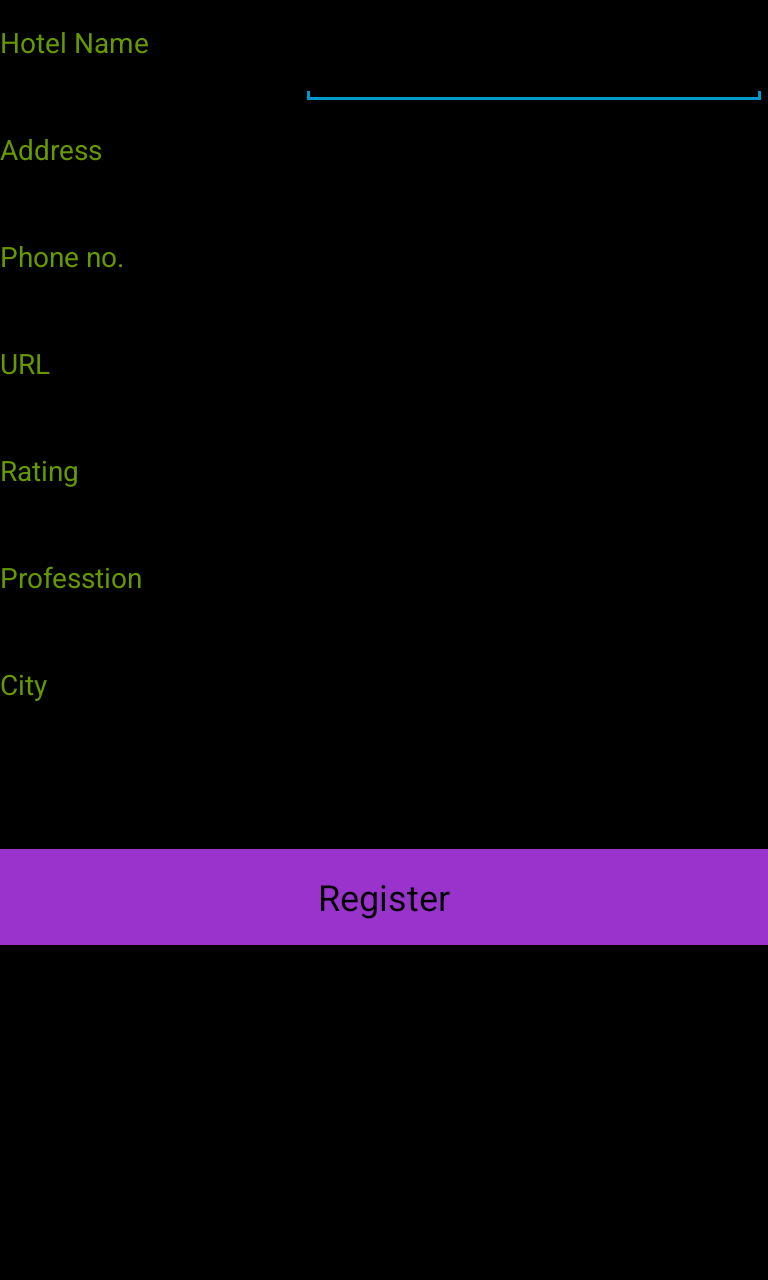
Repository: AungWinnHtut/projAndroid
Layout: com.engineer4myanmar.json.MainActivity/res/layout/activity_admin.xml
The author's editor kept a copy of each file at every save. The layout is drawn from the files as they stood at one save, then again after the next save.
It is drawn on a 768 x 1280 px phone screen (xhdpi) without system bars, with theme AppTheme; the app's code is not run.

Above is the layout before, as saved 2015-08-26 20:23:27.

### com.engineer4myanmar.json.MainActivity/res/layout/activity_admin.xml
<LinearLayout xmlns:android="http://schemas.android.com/apk/res/android"
    xmlns:tools="http://schemas.android.com/tools"
    android:layout_width="match_parent"
    android:layout_height="match_parent"
    android:background="#000"
    android:orientation="vertical" >

    <LinearLayout
        android:layout_width="match_parent"
        android:layout_height="wrap_content"
        android:orientation="horizontal" >

        <TextView
            android:id="@+id/textView1"
            android:layout_width="150dp"
            android:layout_height="wrap_content"
            android:text="Hotel Name"
            android:textColor="#669900" />

        <EditText
            android:id="@+id/etHotelname"
            android:layout_width="0dp"
            android:layout_height="wrap_content"
            android:layout_marginTop="14dp"
            android:layout_weight="1"
            android:ems="10"
            android:textColor="#ffbb33" >

            <requestFocus />
        </EditText>
    </LinearLayout>

    <LinearLayout
        android:layout_width="match_parent"
        android:layout_height="wrap_content"
        android:orientation="horizontal" >

        <TextView
            android:id="@+id/textView2"
            android:layout_width="150dp"
            android:layout_height="wrap_content"
            android:text="Address"
            android:textColor="#669900" />

        <EditText
            android:id="@+id/etAddress"
            android:layout_width="0dp"
            android:layout_height="wrap_content"
            android:layout_marginTop="14dp"
            android:layout_weight="1"
            android:ems="10"
            android:textColor="#ffbb33" />
    </LinearLayout>

    <LinearLayout
        android:layout_width="match_parent"
        android:layout_height="wrap_content"
        android:orientation="horizontal" >

        <TextView
            android:id="@+id/textView3"
            android:layout_width="150dp"
            android:layout_height="wrap_content"
            android:text="Phone no."
            android:textColor="#669900" />

        <EditText
            android:id="@+id/etPhone"
            android:layout_width="0dp"
            android:layout_height="wrap_content"
            android:layout_marginTop="14dp"
            android:layout_weight="1"
            android:ems="10"
            android:textColor="#ffbb33" />
    </LinearLayout>

    <LinearLayout
        android:layout_width="match_parent"
        android:layout_height="wrap_content"
        android:orientation="horizontal" >

        <TextView
            android:id="@+id/textView4"
            android:layout_width="150dp"
            android:layout_height="wrap_content"
            android:text="URL"
            android:textColor="#669900" />

        <EditText
            android:id="@+id/etUrl"
            android:layout_width="0dp"
            android:layout_height="wrap_content"
            android:layout_marginTop="14dp"
            android:layout_weight="1"
            android:ems="10"
            android:textColor="#ffbb33" />
    </LinearLayout>

    <LinearLayout
        android:layout_width="match_parent"
        android:layout_height="wrap_content"
        android:orientation="horizontal" >

        <TextView
            android:id="@+id/textView5"
            android:layout_width="150dp"
            android:layout_height="wrap_content"
            android:text="Rating"
            android:textColor="#669900" />

        <EditText
            android:id="@+id/etRating"
            android:layout_width="0dp"
            android:layout_height="wrap_content"
            android:layout_marginTop="14dp"
            android:layout_weight="1"
            android:ems="10"
            android:textColor="#ffbb33" />
    </LinearLayout>

    <LinearLayout
        android:layout_width="match_parent"
        android:layout_height="wrap_content"
        android:orientation="horizontal" >

        <TextView
            android:id="@+id/textView6"
            android:layout_width="150dp"
            android:layout_height="wrap_content"
            android:text="Professtion"
            android:textColor="#669900" />

        <EditText
            android:id="@+id/etProfession"
            android:layout_width="0dp"
            android:layout_height="wrap_content"
            android:layout_marginTop="14dp"
            android:layout_weight="1"
            android:ems="10"
            android:textColor="#ffbb33" />
    </LinearLayout>

    <LinearLayout
        android:layout_width="match_parent"
        android:layout_height="wrap_content"
        android:orientation="horizontal" >

        <TextView
            android:id="@+id/textView7"
            android:layout_width="150dp"
            android:layout_height="wrap_content"
            android:text="City"
            android:textColor="#669900" />

        <EditText
            android:id="@+id/etCity"
            android:layout_width="0dp"
            android:layout_height="wrap_content"
            android:layout_marginTop="14dp"
            android:layout_weight="1"
            android:ems="10"
            android:textColor="#ffbb33" />
    </LinearLayout>

    <LinearLayout
        android:layout_width="match_parent"
        android:layout_height="wrap_content"
        android:layout_marginTop="50dp"
        android:orientation="horizontal" >

        <Button
            android:layout_width="match_parent"
            android:layout_height="wrap_content"
            android:background="#9933cc"
            android:onClick="funRegister"
            android:text="Register" />
    </LinearLayout>

</LinearLayout>

Loaded but not shown: com.engineer4myanmar.json.MainActivity/res/values-v11/styles.xml (common file); com.engineer4myanmar.json.MainActivity/res/values-v14/styles.xml (common file); com.engineer4myanmar.json.MainActivity/res/values/styles.xml (common file)

After the next save:
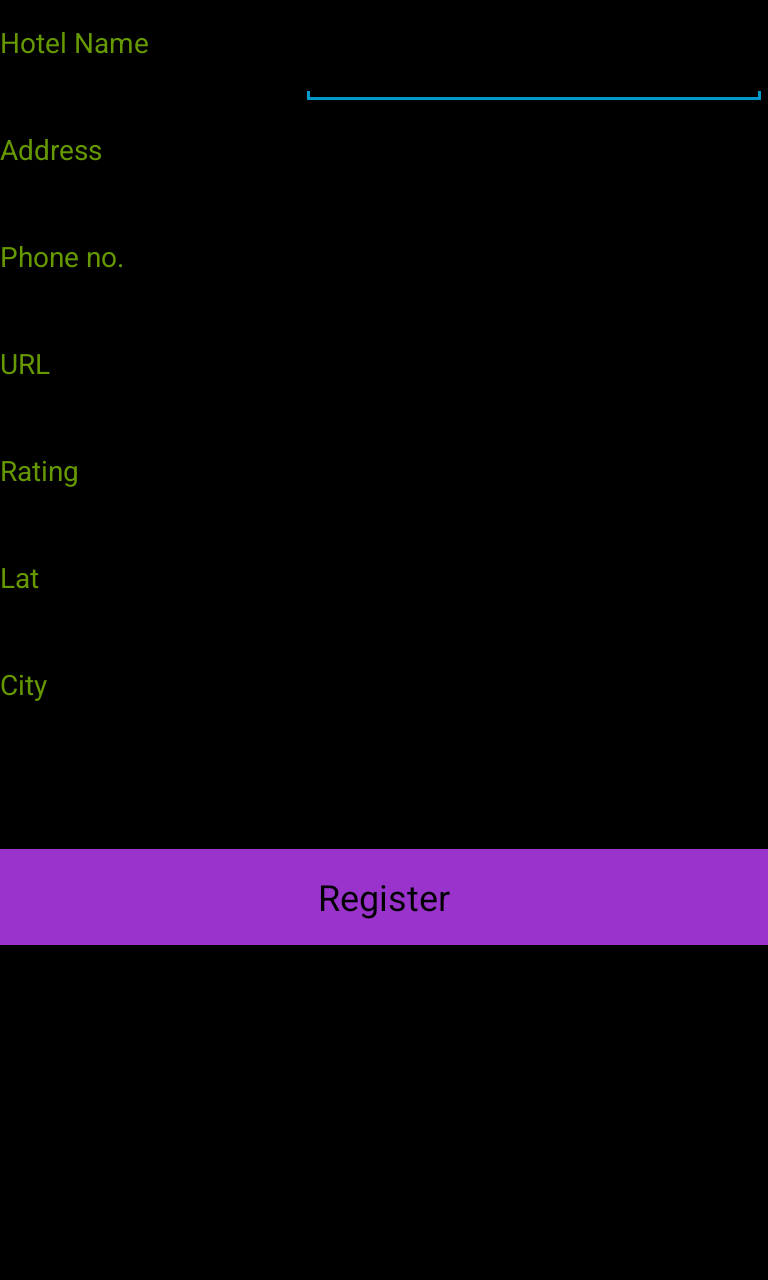
Saved 21 s later.
--- a/com.engineer4myanmar.json.MainActivity/res/layout/activity_admin.xml
+++ b/com.engineer4myanmar.json.MainActivity/res/layout/activity_admin.xml
@@ -127,7 +127,7 @@
             android:id="@+id/textView6"
             android:layout_width="150dp"
             android:layout_height="wrap_content"
-            android:text="Professtion"
+            android:text="Lat"
             android:textColor="#669900" />
 
         <EditText
